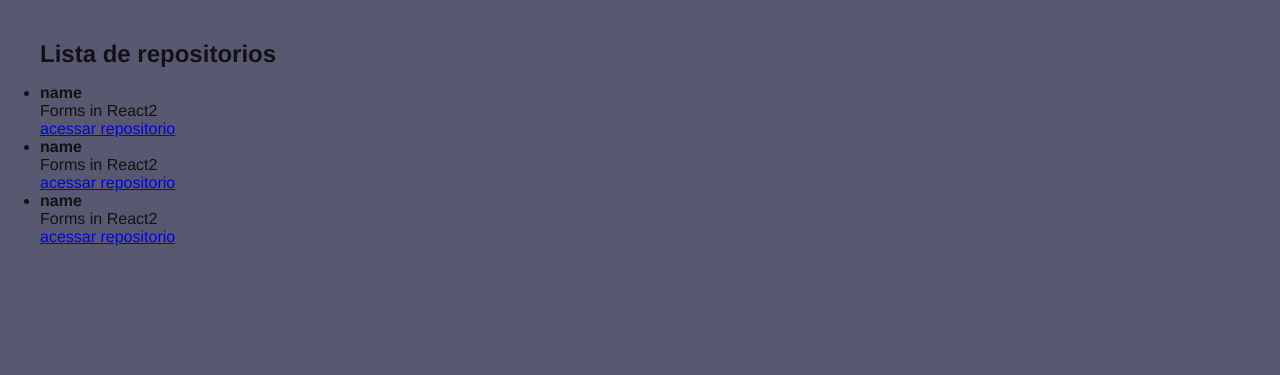
Repository: niltonmalves/01-githug-explorer
Page: /
The author's editor kept a copy of each file at every save. The page is drawn from the files as they stood at one save, then again after the next save.
The browser window is 1280 px wide. The pictures show the whole page.
The project was rebuilt for these pictures with package versions that can differ from the ones it lists, and the page was loaded fresh each time. Also part of the build but not shown: webpack.config.js, src/components/Counter.jsx.

Above is the page before, as saved 2022-01-06 18:43:52.

After the next save:
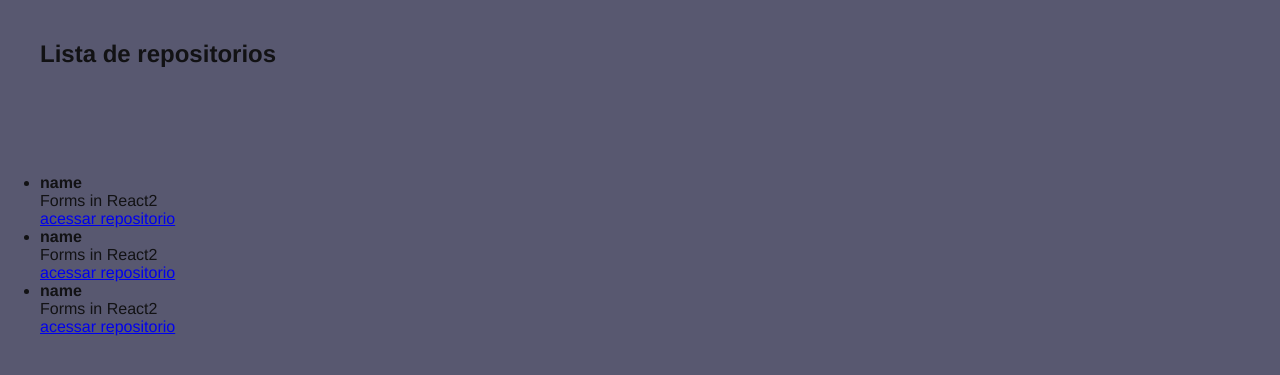
Saved 97 s later.
--- a/src/styles/repositories.scss
+++ b/src/styles/repositories.scss
@@ -1,6 +1,6 @@
 section.repository-list {
     margin:40px ;
     h1 {
-        margin-bottom: 16px;
+        margin-bottom: 106px;
     }
 }

After the save that followed:
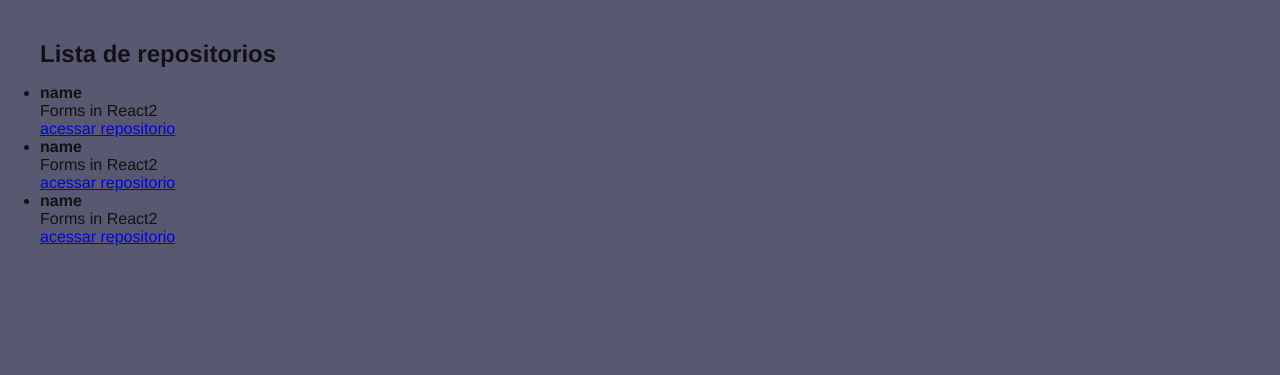
Saved 8 s later.
--- a/src/styles/repositories.scss
+++ b/src/styles/repositories.scss
@@ -1,6 +1,6 @@
 section.repository-list {
     margin:40px ;
     h1 {
-        margin-bottom: 106px;
+        margin-bottom: 16px;
     }
 }
